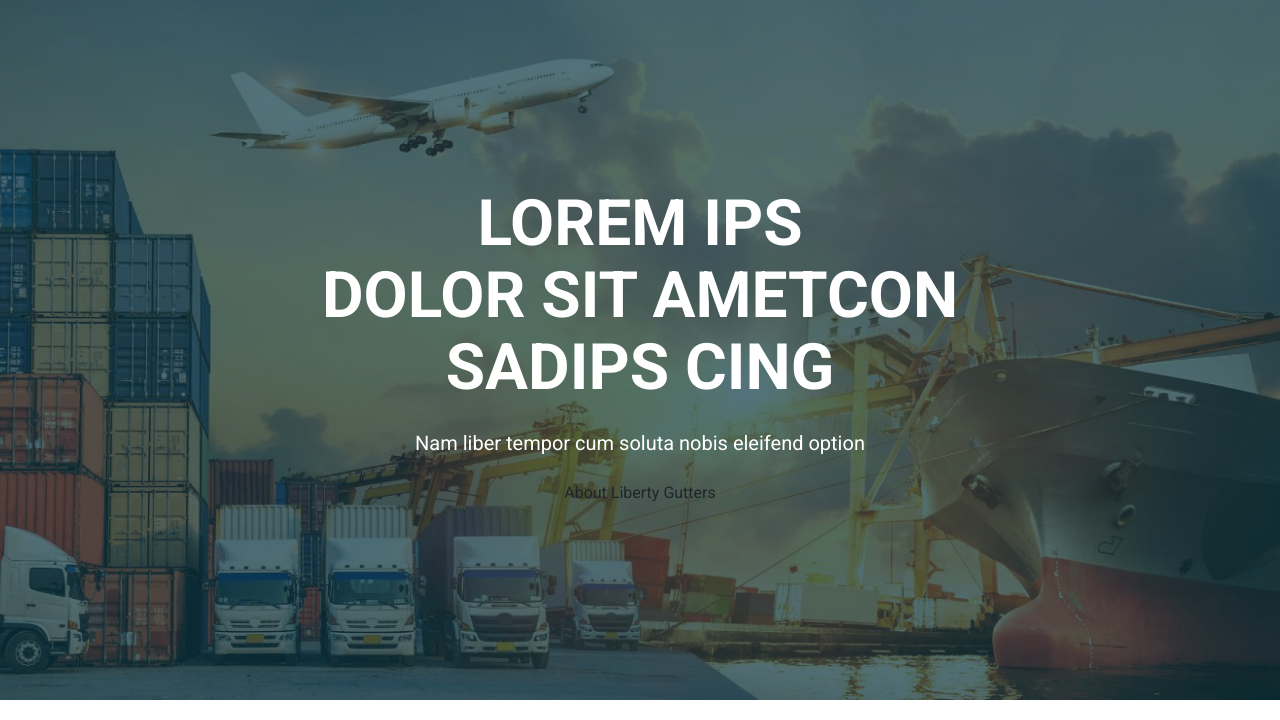
Repository: nazmulalok/shipping-template
Page: index.html
The author's editor kept a copy of each file at every save. The page is drawn from the files as they stood at one save, then again after the next save.
The browser window is 1280 px wide. The pictures show the whole page.

Above is the page before, as saved 2022-10-03 01:25:42.

### index.html
<!DOCTYPE html>
<html lang="en">

    <head>
        <meta charset="UTF-8">
        <meta http-equiv="X-UA-Compatible" content="IE=edge">
        <meta name="viewport" content="width=device-width, initial-scale=1.0">
        <link rel="preconnect" href="https://fonts.googleapis.com">
        <link rel="preconnect" href="https://fonts.gstatic.com" crossorigin>
        <link
            href="https://fonts.googleapis.com/css2?family=Roboto:ital,wght@0,300;0,400;0,500;0,700;0,900;1,300;1,400;1,500;1,700;1,900&display=swap"
            rel="stylesheet">
        <link href="https://cdn.jsdelivr.net/npm/bootstrap@5.2.1/dist/css/bootstrap.min.css" rel="stylesheet"
            integrity="sha384-iYQeCzEYFbKjA/T2uDLTpkwGzCiq6soy8tYaI1GyVh/UjpbCx/TYkiZhlZB6+fzT" crossorigin="anonymous">
        <link rel="stylesheet" href="style.css">
        <title>Document</title>
    </head>

    <body>
        <!-- Slider -->
        <section>
            <div class="main-slider">
                <div class="container">
                    <div class="slide-content">
                        <div class="slide-text">
                            <div class="slider-title mb-4">Lorem ips<br>
                                dolor sit ametcon<br>
                                sadips cing</div>
                            <p>Nam liber tempor cum soluta nobis eleifend option</p>
                            <div class="sliderBtn"><a class="btn common-btn dark" href="/about-us">About Liberty
                                    Gutters<span></span></a></div>
                        </div>
                    </div>
                </div>
            </div>
        </section>












        <script src="https://cdn.jsdelivr.net/npm/@popperjs/core@2.11.6/dist/umd/popper.min.js"
            integrity="sha384-oBqDVmMz9ATKxIep9tiCxS/Z9fNfEXiDAYTujMAeBAsjFuCZSmKbSSUnQlmh/jp3"
            crossorigin="anonymous"></script>
        <script src="https://cdn.jsdelivr.net/npm/bootstrap@5.2.1/dist/js/bootstrap.min.js"
            integrity="sha384-7VPbUDkoPSGFnVtYi0QogXtr74QeVeeIs99Qfg5YCF+TidwNdjvaKZX19NZ/e6oz"
            crossorigin="anonymous"></script>
    </body>

</html>

### style.css
* {
    margin: 0;
    padding: 0;
}

:root {
    --main-color: #FF7D44;
    --secondary-color: #0B3742;
    --tertiary-color: #FFFFFF;
}

body {
    font-family: 'Roboto', sans-serif;
}

/* slider style starts */

.main-slider>* {
    z-index: 10;
}

.main-slider {
    background: url(images/shipping-banner.jpg);
    height: 700px;
    width: 100%;
    background-size: cover;
    background-repeat: no-repeat;
    background-position: center;
    position: relative;
    display: flex;
    align-items: center;
}

.main-slider:before {
    content: '';
    width: 100%;
    height: 100%;
    top: 0;
    left: 0;
    position: absolute;
    background-color: rgb(11 55 66 / 70%);
    z-index: 1;
}

.slide-content {
    text-align: center;
}

.slide-text {
    color: var(--tertiary-color);
}

.slider-title {
    font-size: 4rem;
    font-weight: 600;
    line-height: 4.5rem;
    text-transform: uppercase;
}

.slide-text p {
    font-size: 20px;
}

After the next save:
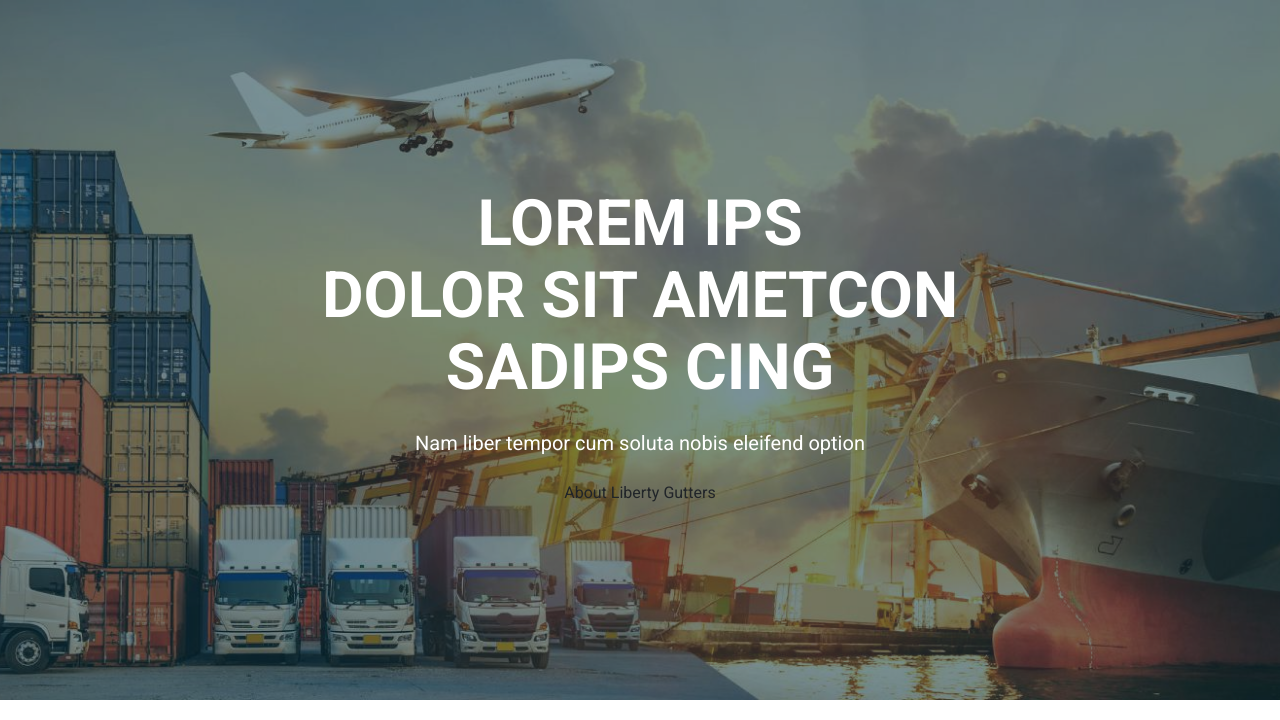
Saved 117 s later.
--- a/style.css
+++ b/style.css
@@ -38,7 +38,7 @@ body {
     top: 0;
     left: 0;
     position: absolute;
-    background-color: rgb(11 55 66 / 70%);
+    background-color: rgb(11 55 66 / 55%);
     z-index: 1;
 }
 
